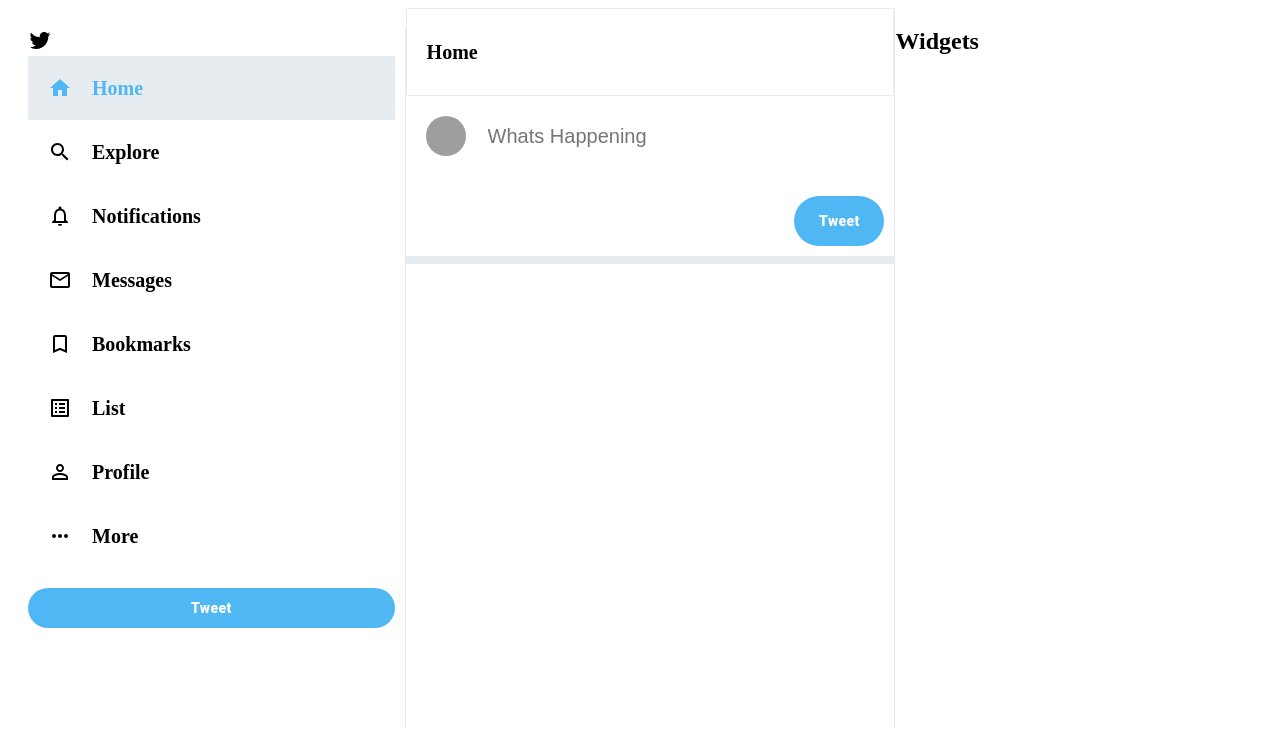
Repository: shehriyarnadeem/twitter-clone
Page: /
The author's editor kept a copy of each file at every save. The page is drawn from the files as they stood at one save, then again after the next save.
The browser window is 1280 px wide. The pictures show the whole page.
Pictures or frames that could not be fetched are drawn as grey boxes. The project was rebuilt for these pictures with package versions that can differ from the ones it lists, and the page was loaded fresh each time. Also part of the build but not shown: src/index.css.

Above is the page before, as saved 2020-08-08 23:18:02.

### src/App.js
import React from "react";
import Sidebar from "./Sidebar";
import Feed from "./Feed";
import Widgets from "./Widgets";
import "./App.css";

function App() {
  return (
    <div className="App">
      <Sidebar />
      <Feed />
      <Widgets />
      {/* Feed */}
      {/* Widget */}
    </div>
  );
}

export default App;

### src/Sidebar.js
import React from "react";
import SidebarOption from "./SidebarOption";
import TwitterIcon from "@material-ui/icons/Twitter";
import HomeIcon from "@material-ui/icons/Home";
import SearchIcon from "@material-ui/icons/Search";
import NotificationsNoneIcon from "@material-ui/icons/NotificationsNone";
import MailOutlineIcon from "@material-ui/icons/MailOutline";
import BookmarkBorderIcon from "@material-ui/icons/BookmarkBorder";
import ListAltIcon from "@material-ui/icons/ListAlt";
import PermIdentityIcon from "@material-ui/icons/PermIdentity";
import MoreHorizIcon from "@material-ui/icons/MoreHoriz";
import { Button } from "@material-ui/core";
import "./Sidebar.css";

const Sidebar = () => {
  return (
    <div className="sidebar">
      <TwitterIcon />
      <SidebarOption active Icon={HomeIcon} text="Home" />
      <SidebarOption Icon={SearchIcon} text="Explore" />
      <SidebarOption Icon={NotificationsNoneIcon} text="Notifications" />
      <SidebarOption Icon={MailOutlineIcon} text="Messages" />
      <SidebarOption Icon={BookmarkBorderIcon} text="Bookmarks" />
      <SidebarOption Icon={ListAltIcon} text="List" />
      <SidebarOption Icon={PermIdentityIcon} text="Profile" />
      <SidebarOption Icon={MoreHorizIcon} text="More" />
      <Button variant="outlined" className="sidebar__tweet" fullWidth>
        Tweet
      </Button>
    </div>
  );
};

export default Sidebar;

### src/Feed.js
import React from "react";
import TweetBox from "./TweetBox";
import "./Feed.css";
const Feed = () => {
  return (
    <div className="feed">
      <div className="feed__header">
        <h2>Home</h2>
      </div>
      <TweetBox />
      {/* Header */}
      {/* Tweetbox */}
      {/* Post */}
    </div>
  );
};

export default Feed;

### src/Widgets.js
import React from "react";
import "./Widgets.css";
export default function Widgets() {
  return (
    <div className="widgets">
      <h2>Widgets</h2>
    </div>
  );
}

### src/App.css
body {
  --twitter-color: #50b7f5;
  --twitter-background: #e6ecf0;
}

.App {
  display: flex;
  height: 100vh;
  margin-left: auto;
  margin-right: auto;
  padding: 0 10px;

  max-width: 1300px;
}

### src/SidebarOption.js
import React from "react";
import "./SidebarOption.css";
const SidebarOption = ({ active, text, Icon }) => {
  return (
    <div className={`sidebarOption ${active && "sidebarOption--active"}`}>
      <Icon />
      <h2>{text}</h2>
    </div>
  );
};

export default SidebarOption;

### src/Sidebar.css
.sidebar {
  border-right: 1px solid var(--twitter-background);
  flex: 0.3;
  margin-top: 20px;
  padding-left: 10px;
  padding-right: 10px;
}

.sidebar__tweet {
  background-color: var(--twitter-color) !important;
  border: none !important;
  color: white !important;
  font-weight: 900 !important;
  text-transform: inherit !important;

  border-radius: 30px !important;
  height: 40px !important;
  margin-top: 20px !important;
}

### src/TweetBox.js
import React from "react";
import { Avatar, Button } from "@material-ui/core";
import "./TweetBox.css";

function TweetBox() {
  return (
    <div className="tweetBox">
      <form>
        <div className="tweetBox__input">
          <Avatar src="https://api.adorable.io/avatars/51/abott@adorable.png" />
          <input type="text" placeholder="Whats Happening" />
        </div>
        <Button className="tweetBox__tweetButton">Tweet</Button>
      </form>
    </div>
  );
}

export default TweetBox;

### src/Feed.css
.feed {
  flex: 0.4;
  border-right: 1px solid var(--twitter-background);
  min-width: fit-content;
  overflow-y: scroll;
}

.feed::-webkit-scrollbar {
  display: none;
}

.feed__header {
  position: sticky;
  top: 0;
  background-color: white;
  z-index: 100;
  border: 1px solid var(--twitter-background);
  padding: 15px 20px;
}

.feed__header > h2 {
  font-size: 20px;
  font-weight: 000;
}

### src/Widgets.css
.widgets {
  flex: 0.3;
}

### src/SidebarOption.css
.sidebarOption {
  display: flex;
  align-items: center;
  cursor: pointer;
}

.sidebarOption:hover {
  background-color: var(--twitter-background);
  border-radius: 30px;
  color: var(--twitter-color);
  transition: color 300ms ease-out;
}

.sidebarOption > .MuiSvgIcon-root {
  padding: 20px;
}
.sidebarOption > h2 {
  font-weight: 800;
  font-size: 20px;
  margin-right: 20px;
}
.sidebarOption--active {
  color: var(--twitter-color);
  background-color: var(--twitter-background);
}

### src/TweetBox.css
.tweetBox {
  padding-bottom: 10px;
  border-bottom: 8px solid var(--twitter-background);
  padding-right: 10px;
}

.tweetBox > form {
  display: flex;
  flex-direction: column;
}

.tweetBox__input {
  padding: 20px;
  display: flex;
}

.tweetBox__input > input {
  flex: 1;
  font-size: 20px;
  margin-left: 20px;
  border: none;
}

.tweetBox__tweetButton {
  background-color: var(--twitter-color) !important;
  border: none !important;
  color: white !important;
  font-weight: 900 !important;
  text-transform: inherit !important;
  border-radius: 30px !important;
  height: 50px !important;
  width: 90px !important;
  margin-left: auto !important;
  margin-top: 20px !important;
}

Loaded but not shown: public/index.html (common file); src/index.js (common file)

After the next save:
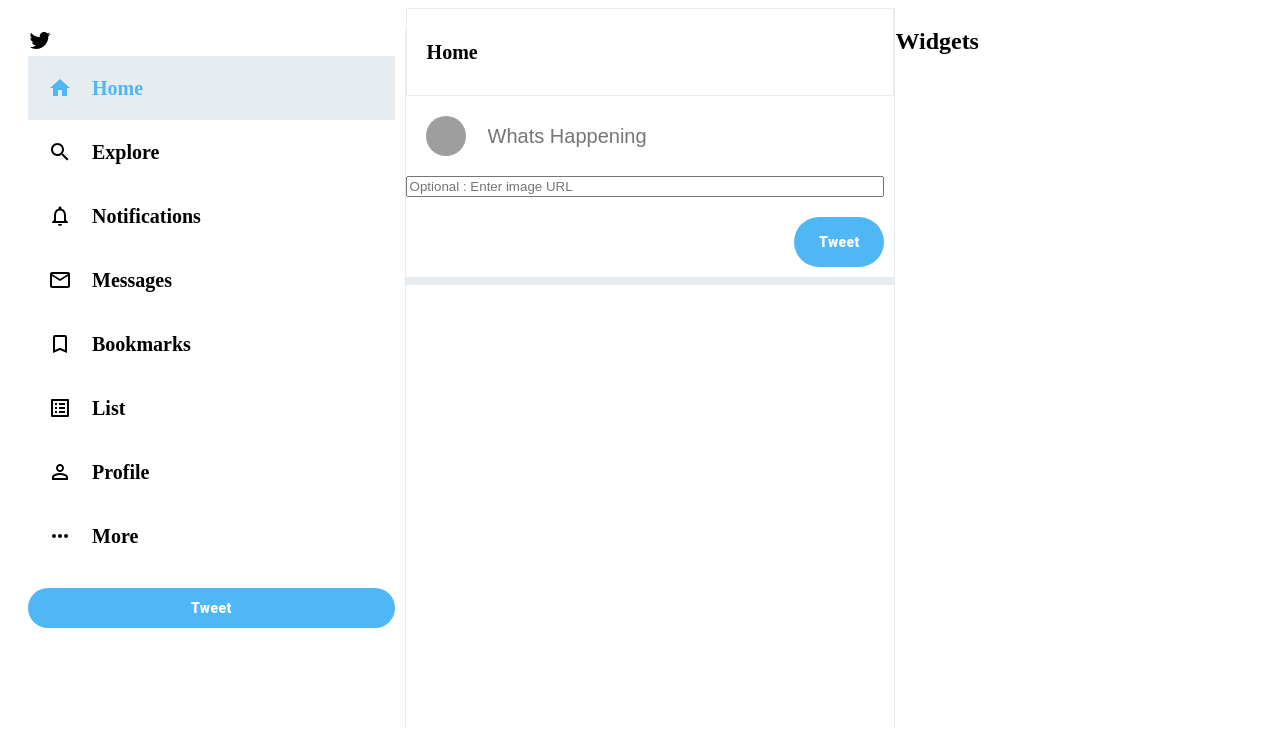
Saved 3 min 29 s later.
--- a/src/TweetBox.js
+++ b/src/TweetBox.js
@@ -10,6 +10,11 @@
           <Avatar src="https://api.adorable.io/avatars/51/abott@adorable.png" />
           <input type="text" placeholder="Whats Happening" />
         </div>
+        <input
+          className="tweetBox__imageInput"
+          placeholder="Optional : Enter image URL"
+          type="text"
+        />
         <Button className="tweetBox__tweetButton">Tweet</Button>
       </form>
     </div>

After the 2 saves that followed:
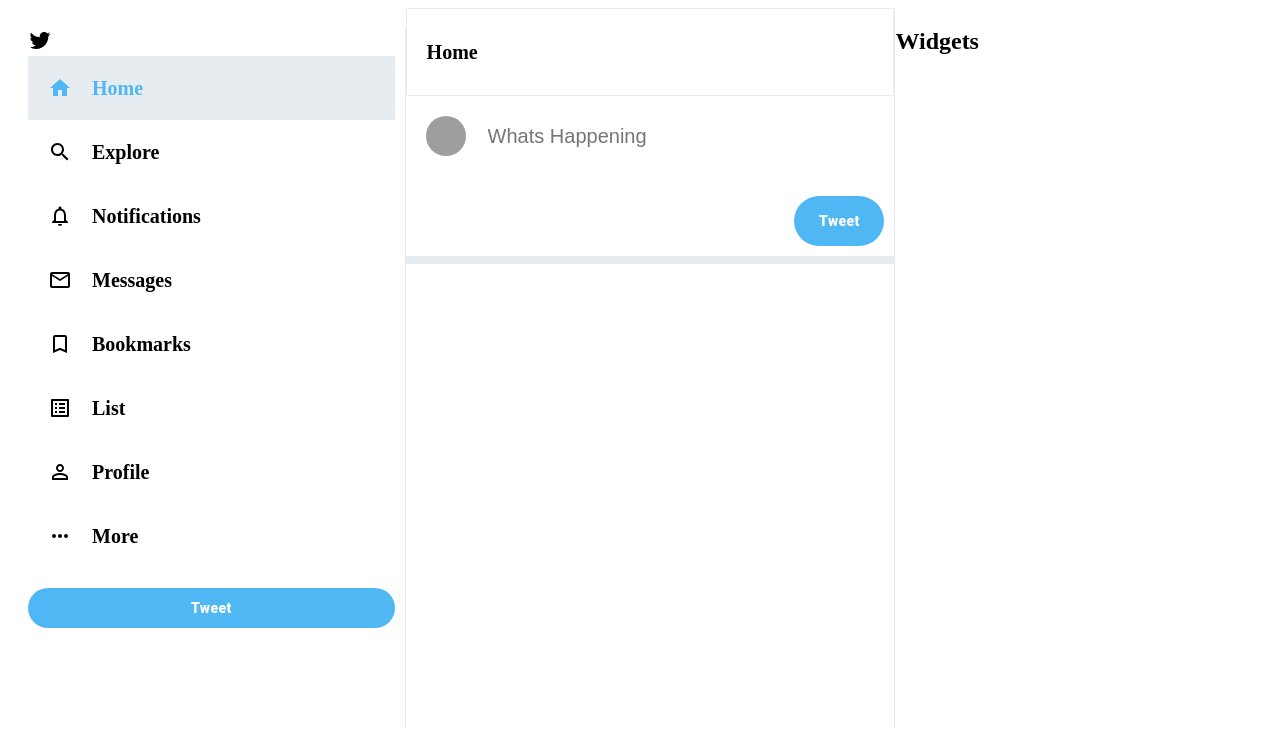
The 2 saves are shown as one change because 1 left the picture as it was.
The last was saved 73 s later.
--- a/src/TweetBox.js
+++ b/src/TweetBox.js
@@ -10,11 +10,11 @@
           <Avatar src="https://api.adorable.io/avatars/51/abott@adorable.png" />
           <input type="text" placeholder="Whats Happening" />
         </div>
-        <input
+        {/* <input
           className="tweetBox__imageInput"
           placeholder="Optional : Enter image URL"
           type="text"
-        />
+        /> */}
         <Button className="tweetBox__tweetButton">Tweet</Button>
       </form>
     </div>
--- a/src/TweetBox.css
+++ b/src/TweetBox.css
@@ -33,3 +33,6 @@
   margin-left: auto !important;
   margin-top: 20px !important;
 }
+
+.tweetBox__imageInput {
+}
